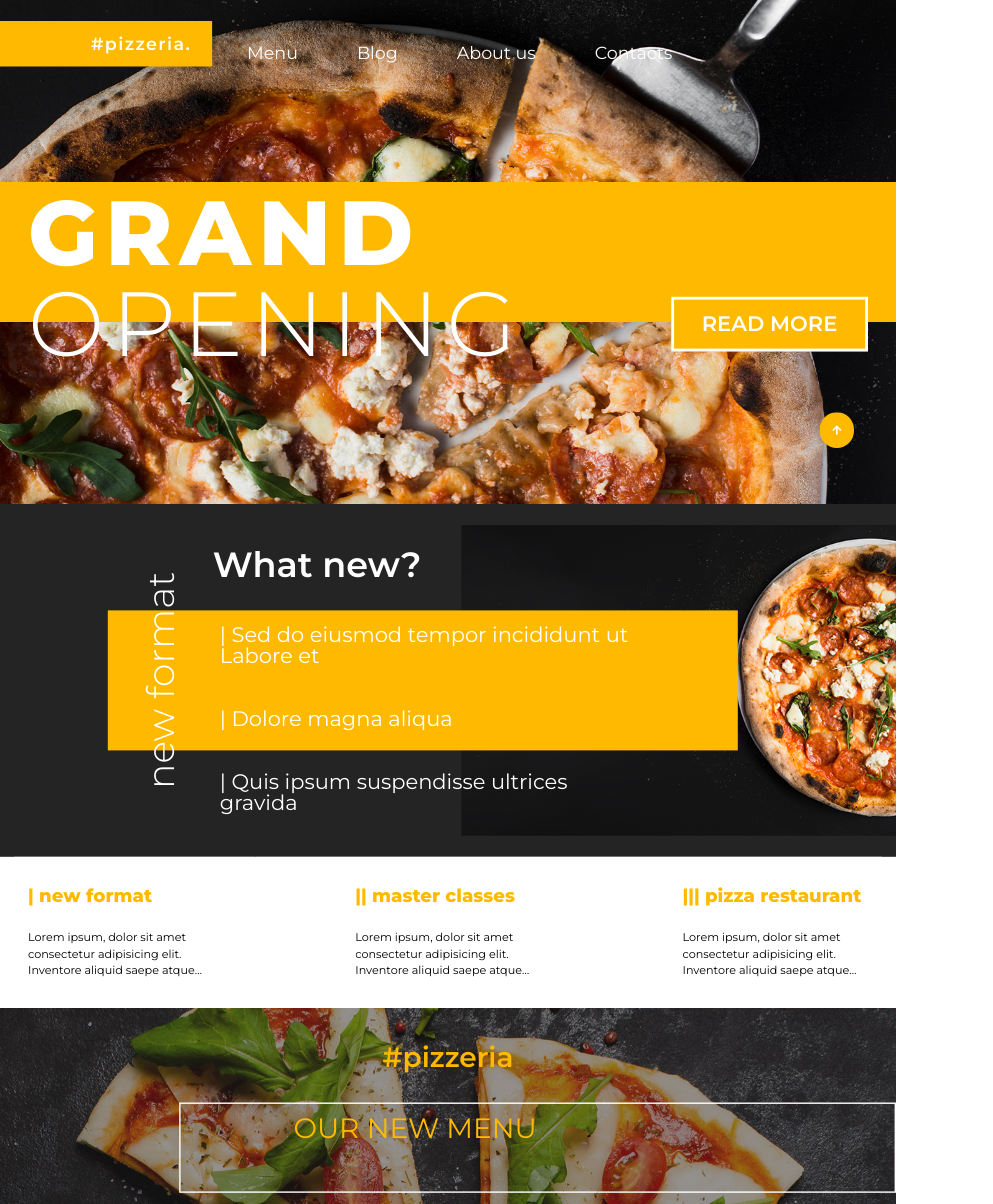
Repository: phu1204/pizzeria.github.io
Page: index.html
These files come from the project's save history. The page is drawn as it stood at one moment and after the next save; the edit follows.
The browser window is 1280 px wide. The page is 1419 px wide, so the pictures cover 1419 px, including what lies to the right of the window. The pictures show the part of the page from y = 0 to 1720 px (the page is 4790 px tall), at 70% of full size.
The style sheet was rebuilt from its Sass, Less or Tailwind sources for each picture, by a compiler version that may differ from the author's.

Above is the page before, as saved 2021-07-27 00:18:22.
Console error: ReferenceError: mobile is not defined

### index.html
<!DOCTYPE html>
<html lang="en">
  <head>
    <meta charset="UTF-8" />
    <meta http-equiv="X-UA-Compatible" content="IE=edge" />
    <meta name="viewport" content="width=device-width, initial-scale=1.0" />
    <title>#pizzeria</title>
    <link rel = "icon" href =
    "images/pizza.png"
            type = "image/x-icon">
    <link rel="preconnect" href="https://fonts.googleapis.com">
    <link rel="preconnect" href="https://fonts.gstatic.com" crossorigin>
    <link href="https://fonts.googleapis.com/css2?family=Montserrat:wght@300;400;600;800&display=swap" rel="stylesheet">
    <link rel="stylesheet" href="https://cdnjs.cloudflare.com/ajax/libs/font-awesome/5.15.3/css/all.min.css">
    <link rel="stylesheet" href="reset.css">
    <link rel="stylesheet" href="style.css">

  </head>
  <body>
      <div class="wrapper">
        <div class="container">
          <header id="header" class="header">
             <a href="#" class="header-logo">#pizzeria.</a>
             <nav class="header-menu">
               <ul class="header-list">
                 <li class="header-item"><a href="#menu" class="header-link">Menu</a></li>
                 <li class="header-item"><a href="#blog" class="header-link">Blog</a></li>
                 <li class="header-item"><a href="#about" class="header-link">About us</a></li>
                 <li class="header-item"><a href="#contact" class="header-link">Contacts</a></li>

               </ul>
               <i class="fas fa-times header-times"></i>
             </nav>
             <div class="header-info">
                <button href="" class="header-icon icon-search"><i class="fas fa-search"></i></button>
                <a href="" class="header-icon"><i class="fas fa-user"></i></a>
                <a href="" class="header-icon"><i class="fas fa-shopping-cart"></i></a>
             </div>
             <div class="header-bar">
                <i class="fas fa-bars"></i>
             </div>

             <div class="header-search">
                <input type="text" class="header-input" placeholder="Search">
             </div>
          </header>

          <section class="intro">
            <div class="intro-content">
              <div class="intro-title">
                <span class="intro-name intro--grand">grand</span>
                <span class="intro-name intro--opening">opening</span>
              </div>
              <a href="" class="button intro-button">read more</a>
            </div>
          </section>
        </div>

          <section  class="format">

            <div class="format-top">
                <div class="format-content">
                    <div class="format-title">new format</div>
                    <div class="format-info">
                      <h2 class="format-new">What new?</h2>
                      <ul class="format-list">
                        <li class="format-item">| Sed do eiusmod tempor incididunt ut Labore et</li>
                        <li class="format-item">| Dolore magna aliqua</li>
                        <li class="format-item">| Quis ipsum suspendisse ultrices gravida</li>
                      </ul>
                    </div>
                </div>
                <img src="images/format.png" alt="" class="format-img">
            </div>

            <div class="format-bottom  reveal">
              <div class="format-column">
                <h3 class="format-head">| new format</h3>
                <p class="fotmat-desc text">Lorem ipsum, dolor sit amet consectetur adipisicing elit. Inventore aliquid saepe atque quaerat ipsam tempore, quae perferendis laudantium esse architecto quas sint quia beatae id alias, sed dicta reprehenderit asperiores.</p>
              </div>
              <div class="format-column">
                <h3 class="format-head">|| master classes</h3>
                <p class="fotmat-desc text">Lorem ipsum, dolor sit amet consectetur adipisicing elit. Inventore aliquid saepe atque quaerat ipsam tempore, quae perferendis laudantium esse architecto quas sint quia beatae id alias, sed dicta reprehenderit asperiores.</p>
              </div>
              <div class="format-column">
                <h3 class="format-head">||| pizza restaurant</h3>
                <p class="fotmat-desc text">Lorem ipsum, dolor sit amet consectetur adipisicing elit. Inventore aliquid saepe atque quaerat ipsam tempore, quae perferendis laudantium esse architecto quas sint quia beatae id alias, sed dicta reprehenderit asperiores.</p>
              </div>
            </div>

          </section>

          <section id="menu" class="menu">
            <div class="menu-heading">
              <h2 class="menu-title  reveal">#pizzeria</h2>
              <p class="menu-order  reveal">our new menu</p>
            </div>
            <div class="menu-list  reveal">
              <div class="menu-item">
                <div class="menu-name">
                    <h3 class="menu-name-order"> | pizza bò & gà</h3>
                    <p class="menu-desc">(bò, trứng, xúc xích, trứng cút, bò viên)</p>
                </div>
                <p class="menu-price">10$</p>
              </div>
              <div class="menu-item">
                <div class="menu-name">
                    <h3 class="menu-name-order">| pizza heo sữa</h3>
                    <p class="menu-desc">(bò, trứng, xúc xích)</p>
                </div>
                <p class="menu-price">10$</p>
              </div>
              <div class="menu-item">
                <div class="menu-name">
                    <h3 class="menu-name-order">| pizza gà sốt cay</h3>
                    <p class="menu-desc">(bò, trứng, xúc xích, trứng cút, bò viên)</p>
                </div>
                <p class="menu-price">10$</p>
              </div>
              <div class="menu-item">
               <div class="menu-name">
                    <h3 class="menu-name-order">| pizza bò né</h3>
                    <p class="menu-desc">(bò, trứng, xúc xích)</p>
                </div>
                <p class="menu-price">10$</p>
              </div>
           </div>
           <div class="menu-bottom reveal">
             <p class="menu-hightlight">||| _ top in menu</p>
             <p class="menu-hightlight">||| _ sale iteam</p>
             <p class="menu-hightlight">||| _ made by shef</p>
           </div>

          </section>

          <section id="about"  class="about">
              <div class="about-body">
                <h2 class="about-title reveal">about our <span>concept</span></h2>
                <p class="about-desc text reveal">Lorem ipsum dolor sit amet consectetur adipisicing elit. Ad corporis rerum voluptas, consectetur beatae voluptatum recusandae tempora excepturi, temporibus quo veritatis ratione atque accusantium ea delectus eos harum culpa enim!</p>
                <ul class="about-list reveal">
                  <li class="about-item"><a href="">Pizza</a></li>
                  <li class="about-item"><a href="">Modem concept</a></li>
                  <li class="about-item"><a href="">Story from shef</a></li>
                  <li class="about-item"><a href="">Gallery</a></li>
                </ul>
              </div>
          </section>

          <section id="blog" class="class">
            <div class="class-content">
              <div class="class-name">
                <h1 class="class-caption reveal">masterclass</h1>
              </div>
              <div class="class-body reveal">
                <h2 class="class-heading">| the recipe for the most delicious pizza dough |</h2>
                <p class="class-desc">waiting for you</p>
                <div class="class-price">
                  <p class="class-info">price_<span>15$</span></p>
                  <p class="class-info">12:00-15:00</p>
                </div>
              </div>
                <a href="" class="class-button reveal">apply</a>
            </div>
          </section>

          <section id="contact" class="gallery ">
            <h2 class="gallery-heading reveal">gallery</h2>
            <div class="gallery-img ">
              <img src="./images/pizzaleft.jpg" alt="" class="gallery-img-item reveal">
              <img src="./images/pizzacenter.jpg" alt="" class="gallery-img-item reveal">
              <img src="./images/pizzaright.jpg" alt="" class="gallery-img-item reveal">
            </div>

            <div class="gallery-bottom">
              <h2 class="gallery-title">#pizzeria.</h2>
              <div class="gallery-content">
                <div class="gallery-desc reveal">Lorem ipsum dolor sit amet consectetur, adipisicing. Dolores dolorum, quia consectetur iste officia eligendi! consectetur nemo, reiciendis repudiandae nesciunt dolor id numquam laborum temporibus fuga</div>

              <div class="gallery-contact">
                <div class="gallery-social reveal">
                  <p class="gallery-block">| find us here</p>
                  <div class="gallery-link">
                    <i class="fab fa-instagram"></i>

                    <i class="fab fa-facebook"></i>

                    <i class="fab fa-twitter"></i>

                    <i class="fab fa-whatsapp"></i>

                    <i class="fab fa-google"></i>
                  </div>

                </div>

                <div class="gallery-info reveal">
                  <p class="gallery-block">| ask us here</p>
                  <a href="" class="gallery-web">www.#pizzeria.com</a>

                </div>
              </div>
            </div>
          </div>
          </section>

          <a href="#header" class="ontop" >
            <i class="fas fa-arrow-up"></i>
          </a>

          <footer id="footer" class="footer ">
            <div class="footer-about footer-repon reveal">
              <h3 class="footer-title">about</h3>
              <p class="footer-desc text">
                Lorem ipsum dolor, sit amet consectetur adipisicing elit. Amet magnam laudantium fuga sed aliquid doloremque quos repellendus quis. Est non laboriosam incidunt recusandae, sed natus dignissimos eaque pariatur culpa esse.
              </p>

            </div>

              <div class="footer-item footer-repon reveal">
                <h3 class="footer-title">menu</h3>

                <ul>
                  <li class="footer-link"><a href="" class="footer-item-link">Team</a></li>
                  <li class="footer-link"><a href="" class="footer-item-link">Join us</a></li>
                  <li class="footer-link"><a href="" class="footer-item-link">Ethic</a></li>
                  <li class="footer-link"><a href="" class="footer-item-link">Goals</a></li>
                </ul>
              </div>

              <div class="footer-item footer-repon reveal">
                <h3 class="footer-title">shef</h3>
                <ul>
                  <li class="footer-link"><a href="" class="footer-item-link">Team</a></li>
                  <li class="footer-link"><a href="" class="footer-item-link">Join us</a></li>
                  <li class="footer-link"><a href="" class="footer-item-link">Ethic</a></li>
                  <li class="footer-link"><a href="" class="footer-item-link">Goals</a></li>
                </ul>
              </div>

              <div class="footer-item footer-repon reveal">
                <h3 class="footer-title">contact</h3>
                <ul>
                  <li class="footer-link"><a href="" class="footer-item-link">Team</a></li>
                  <li class="footer-link"><a href="" class="footer-item-link">Join us</a></li>
                  <li class="footer-link"><a href="" class="footer-item-link">Ethic</a></li>
                  <li class="footer-link"><a href="" class="footer-item-link">Goals</a></li>
                </ul>
              </div>
        </footer>

      </div>
    <script type="text/javascript" src="https://cdnjs.cloudflare.com/ajax/libs/jquery/3.6.0/jquery.min.js"></script>
    <script src="js/main.js"></script>
    <script src="js/search.js"></script>

  </body>
</html>

### reset.css
html,
body,
div,
span,
applet,
object,
iframe,
h1,
h2,
h3,
h4,
h5,
h6,
p,
blockquote,
pre,
a,
abbr,
acronym,
address,
big,
cite,
code,
del,
dfn,
em,
img,
ins,
kbd,
q,
s,
samp,
small,
strike,
strong,
sub,
sup,
tt,
var,
b,
u,
i,
center,
dl,
dt,
dd,
ol,
ul,
li,
fieldset,
form,
label,
legend,
table,
caption,
tbody,
tfoot,
thead,
tr,
th,
td,
article,
aside,
canvas,
details,
embed,
figure,
figcaption,
footer,
header,
hgroup,
menu,
nav,
output,
ruby,
section,
summary,
time,
mark,
audio,
video {
  margin: 0;
  padding: 0;
  border: 0;
  font-size: 100%;
  font: inherit;
  vertical-align: baseline;
}
/* HTML5 display-role reset for older browsers */
article,
aside,
details,
figcaption,
figure,
footer,
header,
hgroup,
menu,
nav,
section {
  display: block;
}
body {
  line-height: 1;
}
ol,
ul {
  list-style: none;
}
blockquote,
q {
  quotes: none;
}
blockquote:before,
blockquote:after,
q:before,
q:after {
  content: "";
  content: none;
}
table {
  border-collapse: collapse;
  border-spacing: 0;
}
*,
*:before,
*:after {
  box-sizing: border-box;
}
/* using rem unit */
html {
  font-size: 62.5%;
}
a {
  text-decoration: none;
  color: white;
}
img {
  display: block;
  max-width: 100%;
}
body {
  font-family: "Montserrat", sans-serif;
  font-size: 16px;
  line-height: 1;
}
input,
button,
textarea,
select {
  outline: none;
  font-family: "Montserrat", sans-serif;
  font-size: 16px;
  line-height: 1;
}
input {
  line-height: normal;
}
button {
  cursor: pointer;
  border: none;
  outline: none;
  background-color: transparent;
}

### style.scss
@import"scss/global";
@import"scss/header";
@import"scss/variables";
@import"scss/intro";
@import"scss/format";
@import"scss/menu";
@import"scss/about";
@import"scss/class";
@import"scss/gallery";
@import"scss/footer";
@import"scss/animation";

### scss/_header.scss
.header{
    display: flex;
    align-items: center;
    padding-top: 30px;
    position: relative;
    &-logo{
        padding: 20px 30px 20px 130px;
        background-color: #ffba00;
        color: white;
        font-size: 25px;
        font-weight: 600;
        letter-spacing: 2px;
        margin-right: 200px;
        animation: lefttoright 0.5s linear;
    }
    &-times{
        display: none;
    }

    &-list{
        position: fixed;

    }
    &-item{
        display: inline-block;
        animation: toptobot 0.5s linear;
        position: relative;
    }

    &-item::before{
        content: "";
        width: 100%;
        position: absolute;
        bottom: -4px;
        left: 0;
        height: 4px;
        background-color: #ffba00;
        transform: scaleX(0);
        transform-origin: right;
        transition: transform 0.3s ease-out;
    }

    &-item:hover{
        &::before{
            transform: scaleX(1);
            transform-origin: left;

        }
    }

    &-item:not(:first-child){
        margin-left: 80px;
    }

    &-link{
        color: white;
        font-size: 25px;
    }

    &-info{
        margin-left: auto;
        padding-right: 90px;
        animation: righttoleft 0.5s linear;
    }

    &-icon{
        color: white;
        font-size: 22px;
    }

    &-icon:not(:last-child){
        margin-right: 20px;
    }

    &-search{
        width: fit-content;
        height: fit-content;
        position: absolute;
        top: 45%;
        right: 220px;
        background-color: white;
        border-radius: 10px;
        box-shadow: rgba(91, 93, 95, 0.9) 0px 8px 24px;
        display: none;
        // animation: Fadeout 0.3s linear;
        // transition: all 0.3s linear
    }

    &-search::before {
       content:"";
       position: absolute;
       width: 18px;
       height: 18px;
       right: -6.4px;
       top: 10px;
       border-radius: 4px;
       background-color: white;
       transform: rotate(45deg);
    }

    &-input{
        position: relative;
        width: 100%;
        padding: 10px 20px;
        outline: none;
        border: none;
    }

    &-bar{
        margin-left: auto;
        color: white;
        font-size: 30px;
        margin-right: 50px;
        display: none;
    }

    @media screen and (max-width: 1379px) {
        &-logo{
            margin-right: 50px;
        }
    }
    @media screen and (min-width: 1280px) {
        &-menu{
            display: block!important;
        }
    }

    @media screen and (max-width: 1279px) {

        &-logo{
            padding: 18px 25px 18px 90px;
        }

        &-menu{
            position: fixed;
            display: block;
            max-width: 80%;
            width: 800px;
            top: 0;
            bottom: 0;
            right: 0;
            background-color: #eee;
            z-index: 99;
            color: #000;
            padding: 90px 10px;
            transform: translateX(100%);
            transition: all 0.3s linear;
            opacity: 0;
        }
        &-menu.active{
            transform: translateX(0)!important;
            transition: all 0.3s linear;
            opacity: 1;
        }
        &-times{
            display: block;
           position: absolute;
           width: fit-content;
           font-size: 35px;
           right: 50px;
           top: 50px;
           color: #000;
           cursor: pointer;
        }
        &-item{
            display: block;
            width: 100%;
            color: #000;
        }


        &-item:not(:first-child){
            margin: 0;
        }
        &-link {
            color: #000;
            padding:20px;
            width: 100%;
            display: block;
            font-weight: 600;
        }

        &-item:hover{
            background-color: #ffba00;
            transition: all 0.3s linear;
         }

        &-info{
            display: none;
        }

        &-bar{
            display: inline-block;
            cursor: pointer;
        }


    }

    @media screen and (max-width: 1023px) {

    }

    @media screen and (max-width: 767px) {
        &-logo{
            padding: 10px 25px 10px 30px;
            font-size: 20px;
        }
        &-bar{
            font-size: 20px;
            margin-right: 30px;
        }
    }

}

@keyframes Fadeout{
    from{
        opacity: 0;
        transform: translateX(50px);
    }
    to{
        opacity: 1;
        transform: translateX(0);
    }
}

### scss/_variables.scss
$black-gray: #242424;

### scss/_about.scss
.about{
    padding: 120px 20px;
    display: flex;
    flex-direction: column;
    justify-content: center;
    align-items: center;
    text-align: center;
    background-color: #242424;
    max-width: 100%;
    &-body{
        width: 700px;
    }
    &-title{
        margin-bottom: 40px;
        font-size: 35px;
        text-transform: uppercase;
        color: #ffba00;
        span{
            font-weight: 800;

        }
    }

    &-desc{
        margin-bottom: 30px;
        font-weight: 200;
        line-height: 1.7;
        display:-webkit-box;
        -webkit-line-clamp:2;
        -webkit-box-orient: vertical;
        overflow: hidden;
        text-overflow: ellipsis;
        word-break: break-word;
        color: white;
        letter-spacing: 1px;
    }

    &-list{
        display: flex;
        align-items: center;
        justify-content: center;
    }

    &-item{
        margin: 0 10px;
        font-size: 14px;
        font-weight: 600;
    }
    @media screen and (max-width: 767px) {
        padding: 100px 20px;
        &-body{
            max-width: 100%;
        }
        &-item{
            font-size: 10px;
        }

    }

}

### scss/_footer.scss
.footer {
  padding: 70px 100px;
  color: white;
  display: flex;
  align-items: center;
  justify-content: center;
  background-color: #483500;
  max-width: 100%;
  flex-wrap: wrap;

  &-about{
      width: 280px;
      margin-right: 180px;
  }

  &-item:not(:last-child){
      margin-right: 150px;
  }
  &-item{
      line-height: 1.5;
  }

  &-desc{
      color: white;
      line-height: 1.5;
  }

  &-title{
      margin-bottom: 35px;
      font-size: 17px;
      font-weight: 600;
      text-transform: uppercase;
  }
  @media screen and (max-width: 767px) {
      padding: 0 0 0 10px;
    //   gap: 10px;
    &-title {
        margin-bottom: 10px;
    }
    &-repon{
        flex: 1 1 50%;
        width: 100%;
        padding: 10px;
    }
    &-about{
        margin-right: 0;
    }
    &-item:not(:last-child){
        margin-right: 0;
    }
  }

}

### scss/_animation.scss
@keyframes lefttoright{
    from{
        opacity: 0;
        transform: translateX(-100%);
    }
    to{
        opacity: 1;
        transform: translateX(0);
     }
}

@keyframes righttoleft{
    from{
        opacity: 0;
        transform: translateX(100%);
    }
    to{
        opacity: 1;
        transform: translateX(0);
     }
}

@keyframes bottotop{
    from{
        opacity: 0;
        transform: translateY(100%);
    }
    to{
        opacity: 1;
        transform: translateX(0);
     }
}

@keyframes toptobot{
    from{
        opacity: 0;
        transform: translateY(-200%);
    }
    to{
        opacity: 1;
        transform: translateX(0);
     }
}

@keyframes fadeOut{
    from{
        opacity: 0;
        transform: scale(1);
    }
    to{
        opacity: 1;
        transform: scale(0);
     }
}

Loaded but not shown: js/main.js (69 lines, source omitted); js/search.js (6 lines, source omitted); scss/_format.scss (210 lines, source omitted); scss/_menu.scss (215 lines, source omitted); scss/_gallery.scss (165 lines, source omitted); scss/_intro.scss (107 lines, source omitted); scss/_class.scss (102 lines, source omitted); scss/_global.scss (106 lines, source omitted)

After the next save:
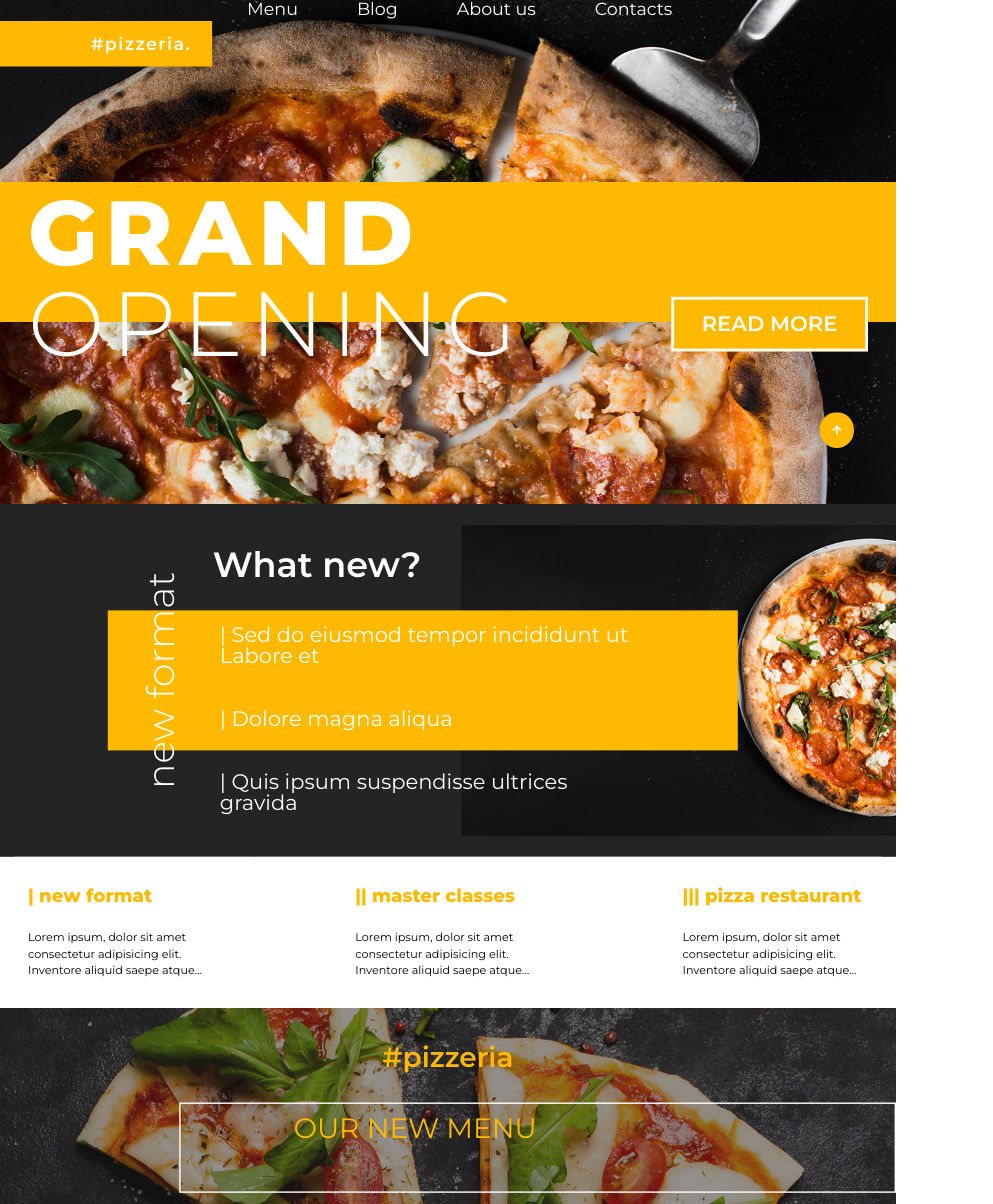
Saved 4 s later.
--- a/scss/_header.scss
+++ b/scss/_header.scss
@@ -19,7 +19,7 @@
 
     &-list{
         position: fixed;
-
+        top: 0;
     }
     &-item{
         display: inline-block;
